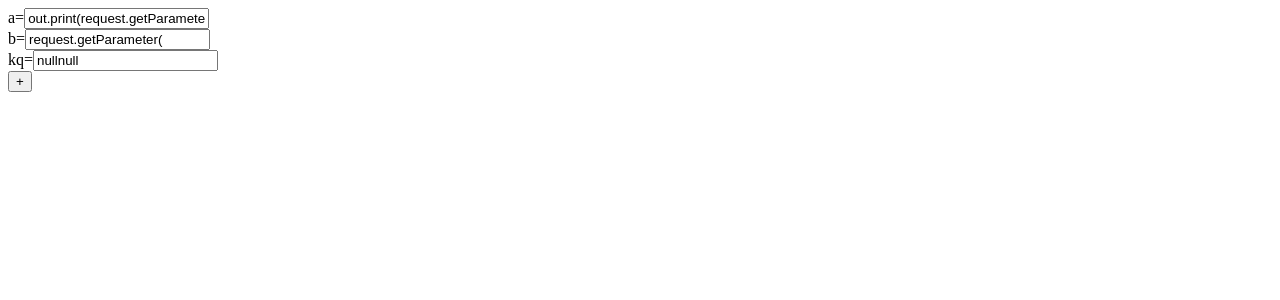
Repository: PhanCanhThoi/javaNangCao-Truong
Page: http://localhost/Nhom6/tinh.jsp
The author's editor kept a copy of each file at every save. The page is drawn from the files as they stood at one save, then again after the next save.
The browser window is 1280 px wide. The pictures show the whole page.
The page is served by Tomcat 9. Other server files are loaded and not shown.

Above is the page before, as saved 2024-09-17 01:25:33.

### CodeJava/Nhom6/src/main/webapp/tinh.jsp
<%@ page language="java" contentType="text/html; charset=UTF-8"
    pageEncoding="UTF-8"%>
<!DOCTYPE html>
<html>
<head>
<meta charset="UTF-8">
<title>Insert title here</title>
</head>
<body>
		<form action="tinh.jsp" method="post">
		a=<input type="munber" name="txta" value="out.print(request.getParameter("txta")"> <br>
		b=<input type="munber" name="txtb" value="request.getParameter("txtb")"> <br>
		kq=<input type="munber" name="txtkq" value="<%out.print(request.getParameter("txta")+request.getParameter("txtb"));%>"> <br>
		<input type="submit" name="butcong" value="+">
	</form>
</body>
</html>

After the next save:
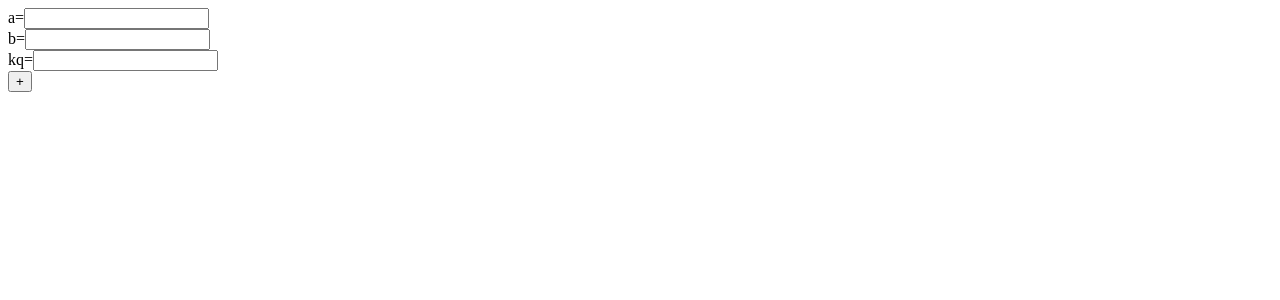
Saved 56 s later.
--- a/CodeJava/Nhom6/src/main/webapp/tinh.jsp
+++ b/CodeJava/Nhom6/src/main/webapp/tinh.jsp
@@ -8,9 +8,9 @@
 </head>
 <body>
 		<form action="tinh.jsp" method="post">
-		a=<input type="munber" name="txta" value="out.print(request.getParameter("txta")"> <br>
-		b=<input type="munber" name="txtb" value="request.getParameter("txtb")"> <br>
-		kq=<input type="munber" name="txtkq" value="<%out.print(request.getParameter("txta")+request.getParameter("txtb"));%>"> <br>
+		a=<input type="number" name="txta" value="out.print(request.getParameter("txta")"> <br>
+		b=<input type="number" name="txtb" value="request.getParameter("txtb")"> <br>
+		kq=<input type="number" name="txtkq" value="<%out.print(request.getParameter("txta")+request.getParameter("txtb"));%>"> <br>
 		<input type="submit" name="butcong" value="+">
 	</form>
 </body>
